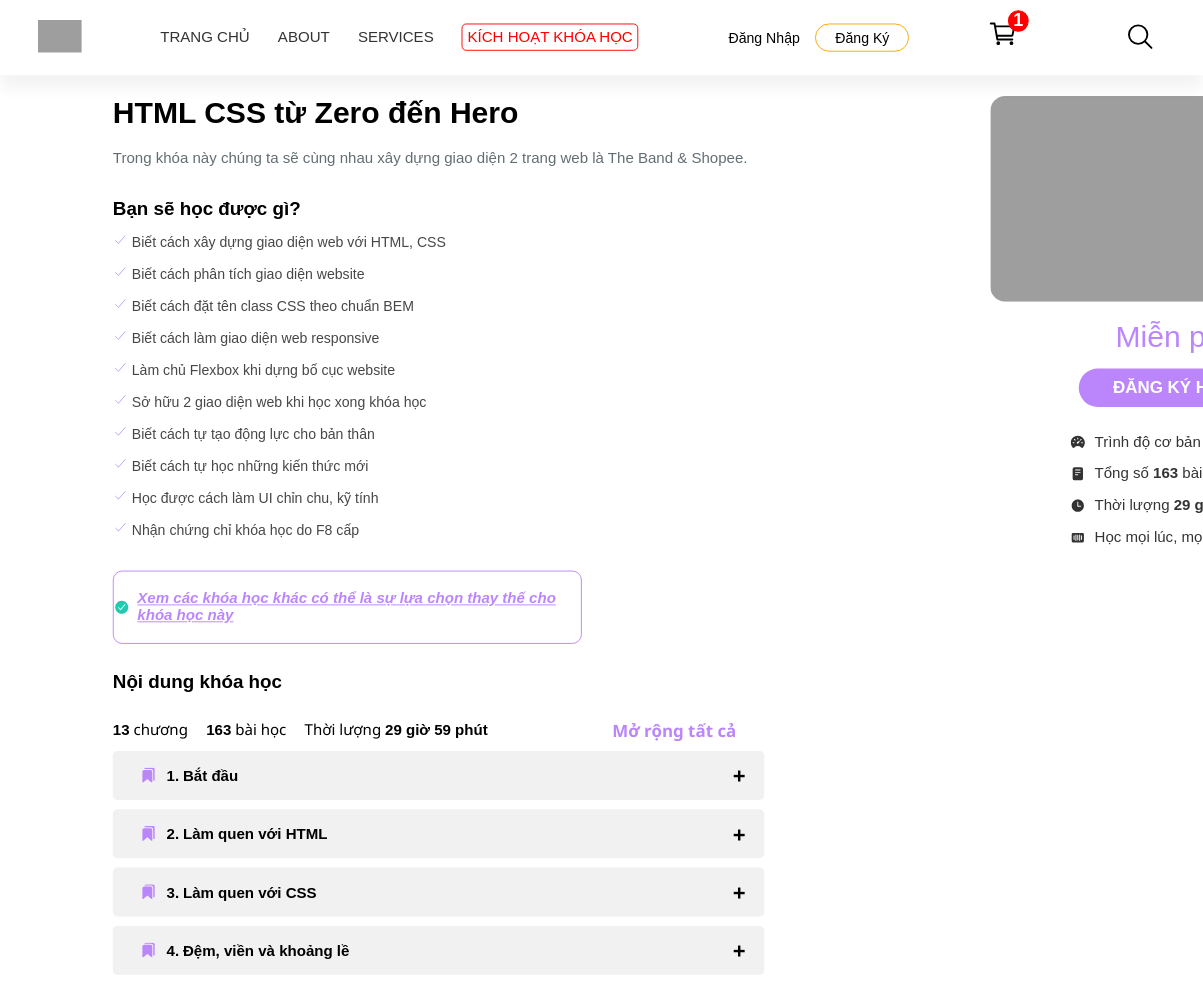
Repository: hoanghuuphuc/hoanghuuphuc
Page: details.html
The author's editor kept a copy of each file at every save. The page is drawn from the files as they stood at one save, then again after the next save.
The browser window is 1280 px wide. The pictures show the whole page, at 94% of full size.
Pictures or frames that could not be fetched are drawn as grey boxes.

Above is the page before, as saved 2022-12-12 00:42:46.
Console error: TypeError: Cannot read properties of null (reading 'style')

After the next save:
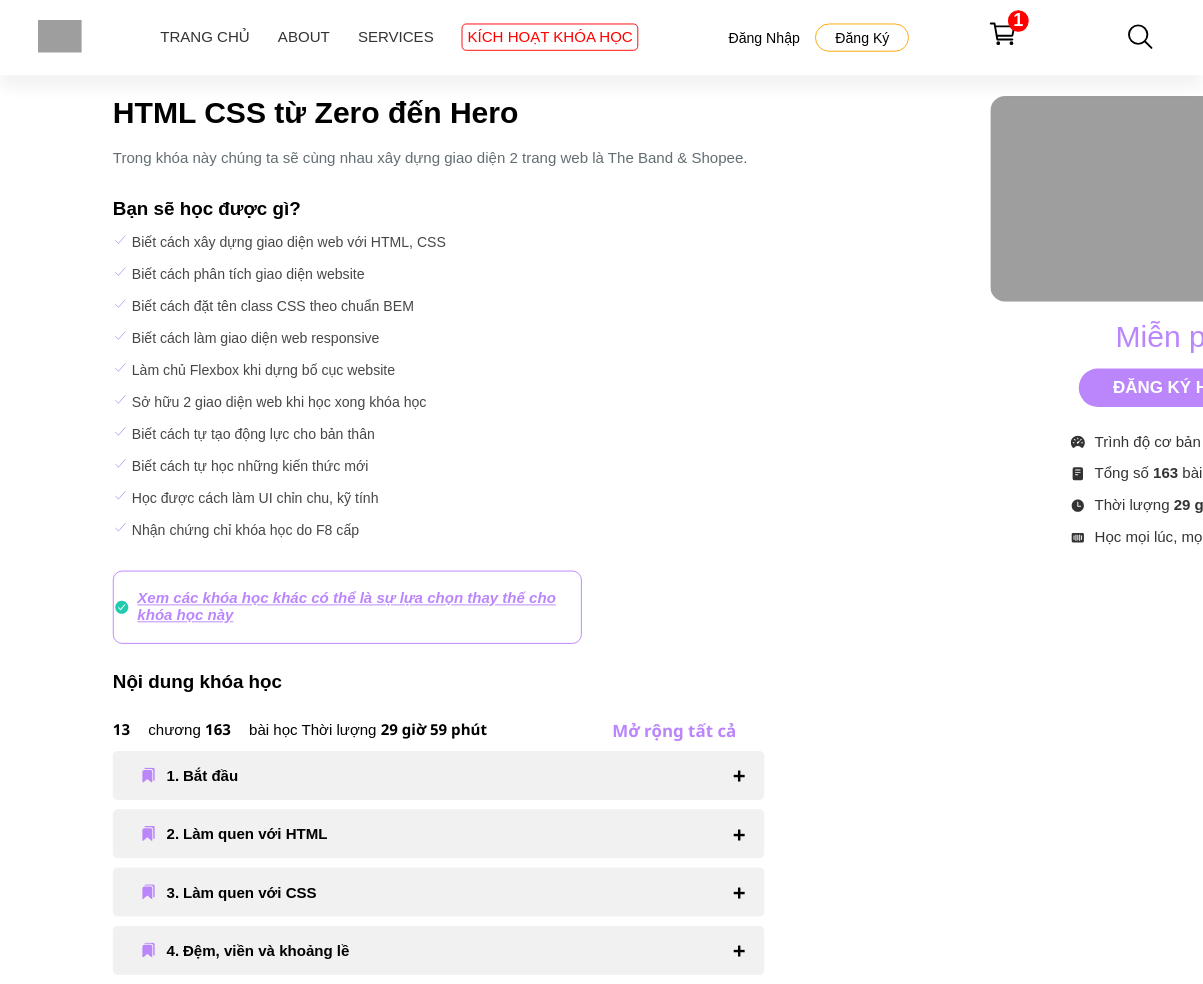
Saved 22 s later.
--- a/style.css
+++ b/style.css
@@ -752,7 +752,7 @@ footer {
   justify-content: space-between;
   padding: 0px 30px 0px 0px;
 }
-.details-left-content-header1 span {
+.details-left-content-header1 span strong {
   padding: 0 15px 0px 0px;
   font-family: "Segoe UI", Tahoma, Geneva, Verdana, sans-serif;
 }
